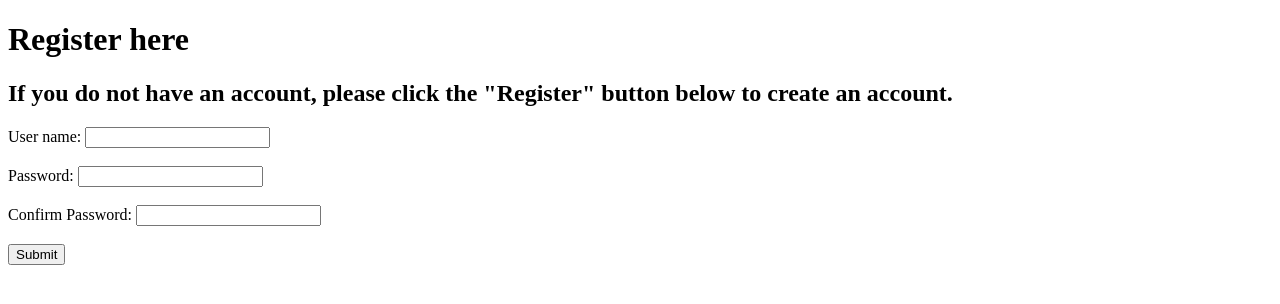
Repository: ejohnson93/CSCE_464
Page: http://localhost/hotel_management/register.jsp
The author's editor kept a copy of each file at every save. The page is drawn from the files as they stood at one save, then again after the next save.
The browser window is 1280 px wide. The pictures show the whole page.
The page is served by Tomcat 9. Other server files are loaded and not shown. The template is opened directly, without the code that normally fills it, so the values that code supplies are empty.

Above is the page before, as saved 2016-01-29 03:49:35.

### hotel_management/WebContent/register.jsp
<%@ page language="java" contentType="text/html; charset=ISO-8859-1"
    pageEncoding="ISO-8859-1"%>
<!DOCTYPE html PUBLIC "-//W3C//DTD HTML 4.01 Transitional//EN" "http://www.w3.org/TR/html4/loose.dtd">
<html>
<head>
<meta http-equiv="Content-Type" content="text/html; charset=ISO-8859-1">
<title>Register</title>
</head>
<body>
<h1> Register here</h1>
<%if (request.getAttribute("nameTaken") != null){ %>
<h2><%= request.getAttribute("nameTaken") %></h2>
<%} else if (request.getAttribute("passError") != null) {%>
<h2><%= request.getAttribute("passError") %></h2>
<%}else { %>
<h2>If you do not have an account, please click the "Register" button below to create an account.</h2>
<%} %>
<form id="regForm" name="input" action="Register" method="post" onsubmit="event.preventDefault(); myFunction();">
User name: <input type="text" name="username">
<br></br>
Password: <input type="password" name="password">
<br></br>
Confirm Password: <input type="password" name="confirm">
<br></br>
<input type="submit" value="Submit">
</form>
<h2 id=mismatch></h2>
<script>
function myFunction() {
    var password = document.getElementById("regForm").elements[1].value;
    var confirm = document.getElementById("regForm").elements[2].value;
    var text = "Passwords did not match, please try again!"
    if ( password != confirm ) {
    	alert("Passwords did not match");
    	document.getElementById("mismatch").innerHTML = text;
    }
}
</script>
</body>
</html>

After the next save:
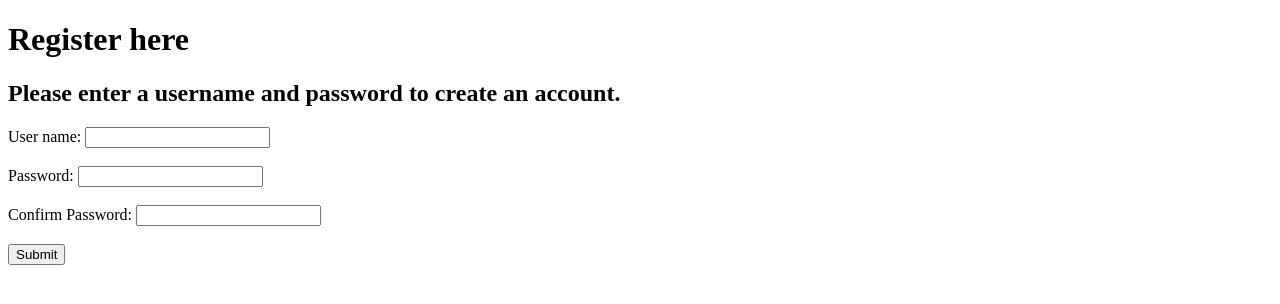
Saved 81 s later.
--- a/hotel_management/WebContent/register.jsp
+++ b/hotel_management/WebContent/register.jsp
@@ -13,7 +13,7 @@
 <%} else if (request.getAttribute("passError") != null) {%>
 <h2><%= request.getAttribute("passError") %></h2>
 <%}else { %>
-<h2>If you do not have an account, please click the "Register" button below to create an account.</h2>
+<h2>Please enter a username and password to create an account.</h2>
 <%} %>
 <form id="regForm" name="input" action="Register" method="post" onsubmit="event.preventDefault(); myFunction();">
 User name: <input type="text" name="username">
